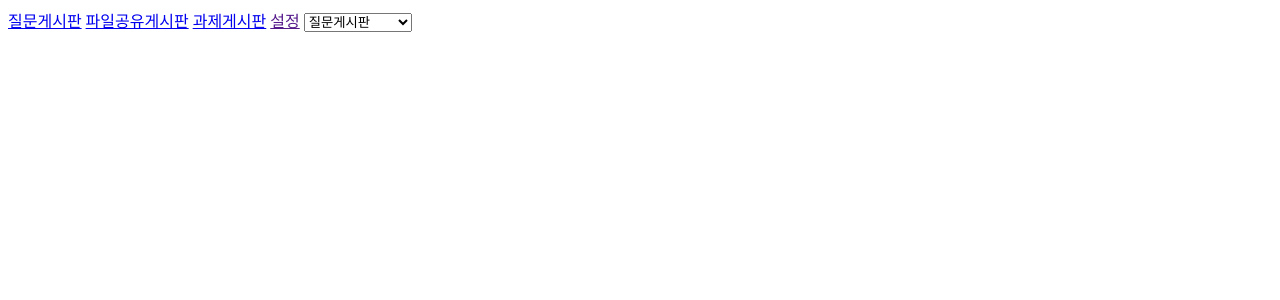
Repository: kalmia26/Capstone
Page: http://localhost/LectureSystem/Meun.jsp
An editor plug-in stored every save of this project. The page is shown before and after the next save, followed by the edit.
The browser window is 1280 px wide. The pictures show the whole page.
The page is served by Tomcat 9. Other server files are loaded and not shown.

Above is the page before, as saved 2017-04-12 03:34:32.

### LectureSystem/WebContent/Meun.jsp
<%@ page language="java" contentType="text/html; charset=EUC-KR"
    pageEncoding="EUC-KR"%>
<!DOCTYPE html PUBLIC "-//W3C//DTD HTML 4.01 Transitional//EN" "http://www.w3.org/TR/html4/loose.dtd">
<html>
<head>
<meta http-equiv="Content-Type" content="text/html; charset=EUC-KR">
<title>Insert title here</title>
</head>
<body>
	<div id="">
			<a href="List1.jsp" id='a' target="left"><span>질문게시판</span></a>
			<a href="List2.jsp" id='b' target="left"><span>파일공유게시판</span></a>
			<a href="List3.jsp" id='c' target="left"><span>과제게시판</span></a>
			<a href="" id='d'><span>설정</span></a>

		<select name="select">
          <option value="L1">질문게시판</option>
          <option value="L2">파일공유게시판</option>
          <option value="L3">과제게시판</option>
          <option>설정</option>
      </select>
	</div>
</body>
</html>

After the next save:
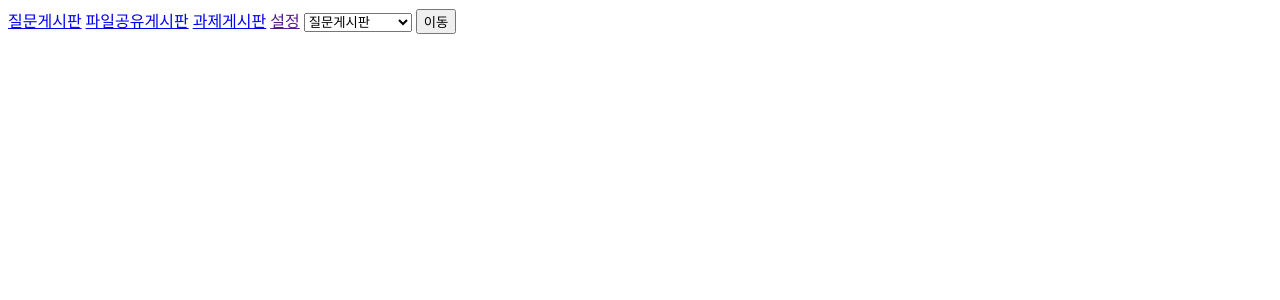
Saved 76 s later.
--- a/LectureSystem/WebContent/Meun.jsp
+++ b/LectureSystem/WebContent/Meun.jsp
@@ -14,11 +14,14 @@
 			<a href="" id='d'><span>설정</span></a>
 
 		<select name="select">
-          <option value="L1">질문게시판</option>
+    	  <option value="L1">질문게시판</option>
           <option value="L2">파일공유게시판</option>
           <option value="L3">과제게시판</option>
           <option>설정</option>
-      </select>
+		</select>
+
+		<input type="submit" value="이동">
+
 	</div>
 </body>
 </html>
